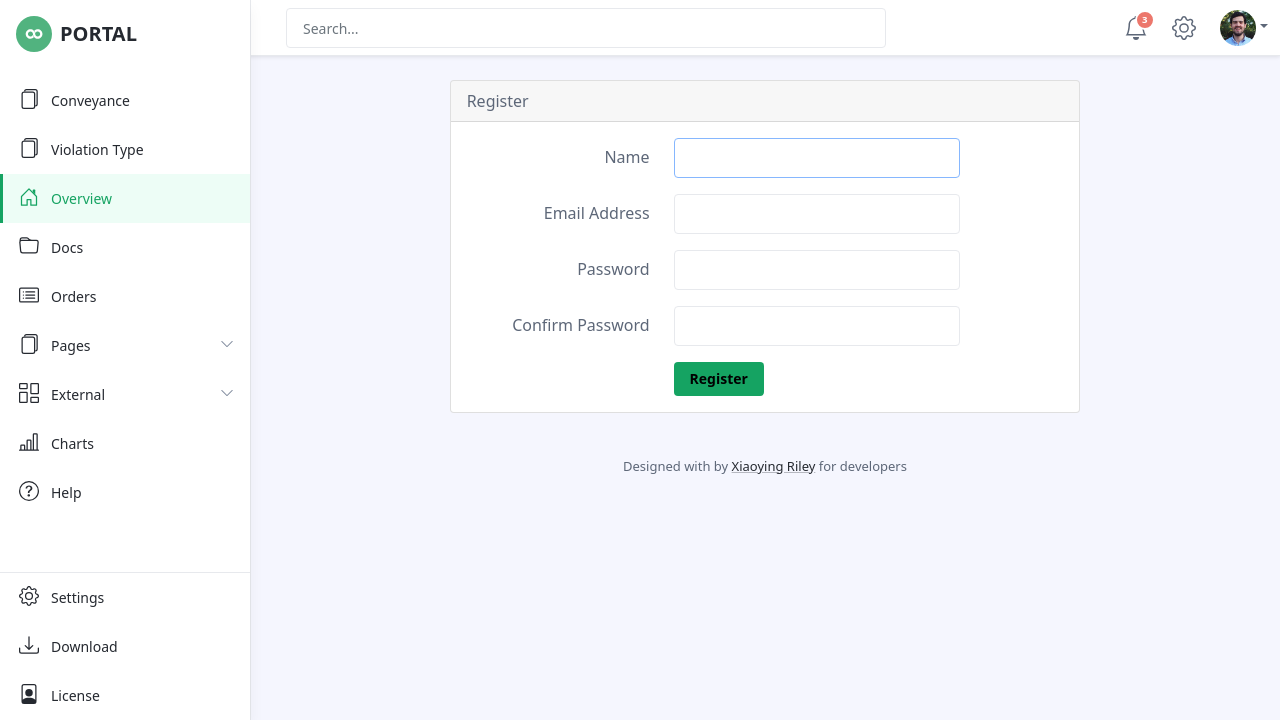
Repository: jaden14/quarry_vehicle
Page: http://localhost/register
These files come from the project's save history. The page is drawn as it stood at one moment and after the next save; the edit follows.
The browser window is 1280 px wide. The pictures show the whole page.
Some web libraries are served in a nearby version. The page is served by the project's Laravel application, run on PHP 8.4 with Laravel 8. Other server files are loaded and not shown.

Above is the page before, as saved 2022-03-18 22:11:20.
Console error: TypeError: Cannot read properties of null (reading 'getContext')

### routes/web.php
<?php

use Illuminate\Http\Request;
use Illuminate\Support\Facades\DB;
use Illuminate\Support\Facades\Route;

use App\Http\Controllers\ConveyanceController;
use App\Http\Controllers\ViolationTypeController;

/*
|--------------------------------------------------------------------------
| Web Routes
|--------------------------------------------------------------------------
|
| Here is where you can register web routes for your application. These
| routes are loaded by the RouteServiceProvider within a group which
| contains the "web" middleware group. Now create something great!
|
*/

Route::get('/', function () {
    return view('auth.login');
});

Auth::routes();

Route::get('/home', [App\Http\Controllers\HomeController::class, 'index'])->name('home');


Route::middleware(['auth'])->group(function () {

    /**
     * Conveyance Route
     */
    Route::resource('/conveyance', ConveyanceController::class)->except([
        'create', 'show'
    ]);
    /**
     * Violation Type Route
     */
    Route::resource('/violationtype', ViolationTypeController::class)->except([
        'create', 'show'
    ]);

});

### resources/views/layouts/app.blade.php
<!doctype html>
<html lang="en">
<head>
  <title>Portal</title>

    <!-- Meta -->
    <meta charset="utf-8">
    <meta http-equiv="X-UA-Compatible" content="IE=edge">
    <meta name="viewport" content="width=device-width, initial-scale=1.0">

    <meta name="description" content="Portal - Bootstrap 5 Admin Dashboard Template For Developers">
    <meta name="author" content="Xiaoying Riley at 3rd Wave Media">
    <link rel="shortcut icon" href="favicon.ico">

    <!-- App CSS -->
    {{-- <link rel="stylesheet" href="{{ asset('css/app.css') }}"> --}}
    <!-- CSS only -->
<link href="https://cdn.jsdelivr.net/npm/bootstrap@5.1.3/dist/css/bootstrap.min.css" rel="stylesheet" integrity="sha384-1BmE4kWBq78iYhFldvKuhfTAU6auU8tT94WrHftjDbrCEXSU1oBoqyl2QvZ6jIW3" crossorigin="anonymous">
    <link rel="stylesheet" href="{{ asset('assets/css/portal.css') }}">

</head>
<body class="app" cz-shortcut-listen="true">
    <div id="app">
        <header class="app-header fixed-top">
            @include('layouts.components.navbar')
            @include('layouts.components.sidebar')
        </header>

        <div class="app-wrapper">
            <div class="app-content pt-3 p-md-3 p-lg-4" >
                @yield('content')
                <!--//container-fluid-->
            </div>
            @include('layouts.components.footer')
        </div>
    </div>
    <script src="{{ asset('assets/plugins/popper.min.js') }}"></script>
    <script src="{{ asset('assets/plugins/bootstrap/js/bootstrap.min.js') }}"></script>

    <!-- Charts JS -->
    <script src="{{ asset('assets/plugins/chart.js/chart.min.js') }}"></script>
    <script src="{{ asset('assets/js/index-charts.js') }}"></script>

    <!-- Page Specific JS -->
    <script src="{{ asset('assets/js/app.js') }}"></script>

    <script src="https://code.jquery.com/jquery-3.2.1.slim.min.js" integrity="sha384-KJ3o2DKtIkvYIK3UENzmM7KCkRr/rE9/Qpg6aAZGJwFDMVNA/GpGFF93hXpG5KkN" crossorigin="anonymous"></script>
    {{-- <script src="https://cdnjs.cloudflare.com/ajax/libs/popper.js/1.12.9/umd/popper.min.js" integrity="sha384-ApNbgh9B+Y1QKtv3Rn7W3mgPxhU9K/ScQsAP7hUibX39j7fakFPskvXusvfa0b4Q" crossorigin="anonymous"></script> --}}
    <script src="https://maxcdn.bootstrapcdn.com/bootstrap/4.0.0/js/bootstrap.min.js" integrity="sha384-JZR6Spejh4U02d8jOt6vLEHfe/JQGiRRSQQxSfFWpi1MquVdAyjUar5+76PVCmYl" crossorigin="anonymous"></script>

</body>
</html>

### resources/views/layouts/components/navbar.blade.php
<div class="app-header-inner">
            <div class="container-fluid py-2">
                <div class="app-header-content">
                    <div class="row justify-content-between align-items-center">

                    <div class="col-auto">
                        <a id="sidepanel-toggler" class="sidepanel-toggler d-inline-block d-xl-none" href="#">
                            <svg xmlns="http://www.w3.org/2000/svg" width="30" height="30" viewBox="0 0 30 30" role="img"><title>Menu</title><path stroke="currentColor" stroke-linecap="round" stroke-miterlimit="10" stroke-width="2" d="M4 7h22M4 15h22M4 23h22"></path></svg>
                        </a>
                    </div><!--//col-->
                    <div class="search-mobile-trigger d-sm-none col">
                        <i class="search-mobile-trigger-icon fas fa-search"></i>
                    </div><!--//col-->
                    <div class="app-search-box col">
                        <form class="app-search-form">
                            <input type="text" placeholder="Search..." name="search" class="form-control search-input">
                            <button type="submit" class="btn search-btn btn-primary" value="Search"><i class="fas fa-search"></i></button>
                        </form>
                    </div><!--//app-search-box-->

                    <div class="app-utilities col-auto">
                        <div class="app-utility-item app-notifications-dropdown dropdown">
                            <a class="dropdown-toggle no-toggle-arrow" id="notifications-dropdown-toggle" data-bs-toggle="dropdown" href="#" role="button" aria-expanded="false" title="Notifications">
                                <!--//Bootstrap Icons: https://icons.getbootstrap.com/ -->
                                <svg width="1em" height="1em" viewBox="0 0 16 16" class="bi bi-bell icon" fill="currentColor" xmlns="http://www.w3.org/2000/svg">
  <path d="M8 16a2 2 0 0 0 2-2H6a2 2 0 0 0 2 2z"/>
  <path fill-rule="evenodd" d="M8 1.918l-.797.161A4.002 4.002 0 0 0 4 6c0 .628-.134 2.197-.459 3.742-.16.767-.376 1.566-.663 2.258h10.244c-.287-.692-.502-1.49-.663-2.258C12.134 8.197 12 6.628 12 6a4.002 4.002 0 0 0-3.203-3.92L8 1.917zM14.22 12c.223.447.481.801.78 1H1c.299-.199.557-.553.78-1C2.68 10.2 3 6.88 3 6c0-2.42 1.72-4.44 4.005-4.901a1 1 0 1 1 1.99 0A5.002 5.002 0 0 1 13 6c0 .88.32 4.2 1.22 6z"/>
</svg>
                                <span class="icon-badge">3</span>
                            </a><!--//dropdown-toggle-->

                            <div class="dropdown-menu p-0" aria-labelledby="notifications-dropdown-toggle">
                                <div class="dropdown-menu-header p-3">
                                    <h5 class="dropdown-menu-title mb-0">Notifications</h5>
                                </div><!--//dropdown-menu-title-->
                                <div class="dropdown-menu-content">
                                   <div class="item p-3">
                                        <div class="row gx-2 justify-content-between align-items-center">
                                            <div class="col-auto">
                                               <img class="profile-image" src="assets/images/profiles/profile-1.png" alt="">
                                            </div><!--//col-->
                                            <div class="col">
                                                <div class="info">
                                                    <div class="desc">Amy shared a file with you. Lorem ipsum dolor sit amet, consectetur adipiscing elit. </div>
                                                    <div class="meta"> 2 hrs ago</div>
                                                </div>
                                            </div><!--//col-->
                                        </div><!--//row-->
                                        <a class="link-mask" href="notifications.html"></a>
                                   </div><!--//item-->
                                   <div class="item p-3">
                                        <div class="row gx-2 justify-content-between align-items-center">
                                            <div class="col-auto">
                                                <div class="app-icon-holder">
                                                    <svg width="1em" height="1em" viewBox="0 0 16 16" class="bi bi-receipt" fill="currentColor" xmlns="http://www.w3.org/2000/svg">
      <path fill-rule="evenodd" d="M1.92.506a.5.5 0 0 1 .434.14L3 1.293l.646-.647a.5.5 0 0 1 .708 0L5 1.293l.646-.647a.5.5 0 0 1 .708 0L7 1.293l.646-.647a.5.5 0 0 1 .708 0L9 1.293l.646-.647a.5.5 0 0 1 .708 0l.646.647.646-.647a.5.5 0 0 1 .708 0l.646.647.646-.647a.5.5 0 0 1 .801.13l.5 1A.5.5 0 0 1 15 2v12a.5.5 0 0 1-.053.224l-.5 1a.5.5 0 0 1-.8.13L13 14.707l-.646.647a.5.5 0 0 1-.708 0L11 14.707l-.646.647a.5.5 0 0 1-.708 0L9 14.707l-.646.647a.5.5 0 0 1-.708 0L7 14.707l-.646.647a.5.5 0 0 1-.708 0L5 14.707l-.646.647a.5.5 0 0 1-.708 0L3 14.707l-.646.647a.5.5 0 0 1-.801-.13l-.5-1A.5.5 0 0 1 1 14V2a.5.5 0 0 1 .053-.224l.5-1a.5.5 0 0 1 .367-.27zm.217 1.338L2 2.118v11.764l.137.274.51-.51a.5.5 0 0 1 .707 0l.646.647.646-.646a.5.5 0 0 1 .708 0l.646.646.646-.646a.5.5 0 0 1 .708 0l.646.646.646-.646a.5.5 0 0 1 .708 0l.646.646.646-.646a.5.5 0 0 1 .708 0l.646.646.646-.646a.5.5 0 0 1 .708 0l.509.509.137-.274V2.118l-.137-.274-.51.51a.5.5 0 0 1-.707 0L12 1.707l-.646.647a.5.5 0 0 1-.708 0L10 1.707l-.646.647a.5.5 0 0 1-.708 0L8 1.707l-.646.647a.5.5 0 0 1-.708 0L6 1.707l-.646.647a.5.5 0 0 1-.708 0L4 1.707l-.646.647a.5.5 0 0 1-.708 0l-.509-.51z"/>
      <path fill-rule="evenodd" d="M3 4.5a.5.5 0 0 1 .5-.5h6a.5.5 0 1 1 0 1h-6a.5.5 0 0 1-.5-.5zm0 2a.5.5 0 0 1 .5-.5h6a.5.5 0 1 1 0 1h-6a.5.5 0 0 1-.5-.5zm0 2a.5.5 0 0 1 .5-.5h6a.5.5 0 1 1 0 1h-6a.5.5 0 0 1-.5-.5zm0 2a.5.5 0 0 1 .5-.5h6a.5.5 0 0 1 0 1h-6a.5.5 0 0 1-.5-.5zm8-6a.5.5 0 0 1 .5-.5h1a.5.5 0 0 1 0 1h-1a.5.5 0 0 1-.5-.5zm0 2a.5.5 0 0 1 .5-.5h1a.5.5 0 0 1 0 1h-1a.5.5 0 0 1-.5-.5zm0 2a.5.5 0 0 1 .5-.5h1a.5.5 0 0 1 0 1h-1a.5.5 0 0 1-.5-.5zm0 2a.5.5 0 0 1 .5-.5h1a.5.5 0 0 1 0 1h-1a.5.5 0 0 1-.5-.5z"/>
    </svg>
                                                </div>
                                            </div><!--//col-->
                                            <div class="col">
                                                <div class="info">
                                                    <div class="desc">You have a new invoice. Proin venenatis interdum est.</div>
                                                    <div class="meta"> 1 day ago</div>
                                                </div>
                                            </div><!--//col-->
                                        </div><!--//row-->
                                        <a class="link-mask" href="notifications.html"></a>
                                   </div><!--//item-->
                                   <div class="item p-3">
                                        <div class="row gx-2 justify-content-between align-items-center">
                                            <div class="col-auto">
                                                <div class="app-icon-holder icon-holder-mono">
                                                    <svg width="1em" height="1em" viewBox="0 0 16 16" class="bi bi-bar-chart-line" fill="currentColor" xmlns="http://www.w3.org/2000/svg">
  <path fill-rule="evenodd" d="M11 2a1 1 0 0 1 1-1h2a1 1 0 0 1 1 1v12h.5a.5.5 0 0 1 0 1H.5a.5.5 0 0 1 0-1H1v-3a1 1 0 0 1 1-1h2a1 1 0 0 1 1 1v3h1V7a1 1 0 0 1 1-1h2a1 1 0 0 1 1 1v7h1V2zm1 12h2V2h-2v12zm-3 0V7H7v7h2zm-5 0v-3H2v3h2z"/>
</svg>
                                                </div>
                                            </div><!--//col-->
                                            <div class="col">
                                                <div class="info">
                                                    <div class="desc">Your report is ready. Proin venenatis interdum est.</div>
                                                    <div class="meta"> 3 days ago</div>
                                                </div>
                                            </div><!--//col-->
                                        </div><!--//row-->
                                        <a class="link-mask" href="notifications.html"></a>
                                   </div><!--//item-->
                                   <div class="item p-3">
                                        <div class="row gx-2 justify-content-between align-items-center">
                                            <div class="col-auto">
                                               <img class="profile-image" src="assets/images/profiles/profile-2.png" alt="">
                                            </div><!--//col-->
                                            <div class="col">
                                                <div class="info">
                                                    <div class="desc">James sent you a new message.</div>
                                                    <div class="meta"> 7 days ago</div>
                                                </div>
                                            </div><!--//col-->
                                        </div><!--//row-->
                                        <a class="link-mask" href="notifications.html"></a>
                                   </div><!--//item-->
                                </div><!--//dropdown-menu-content-->

                                <div class="dropdown-menu-footer p-2 text-center">
                                    <a href="notifications.html">View all</a>
                                </div>

                            </div><!--//dropdown-menu-->
                        </div><!--//app-utility-item-->
                        <div class="app-utility-item">
                            <a href="settings.html" title="Settings">
                                <!--//Bootstrap Icons: https://icons.getbootstrap.com/ -->
                                <svg width="1em" height="1em" viewBox="0 0 16 16" class="bi bi-gear icon" fill="currentColor" xmlns="http://www.w3.org/2000/svg">
  <path fill-rule="evenodd" d="M8.837 1.626c-.246-.835-1.428-.835-1.674 0l-.094.319A1.873 1.873 0 0 1 4.377 3.06l-.292-.16c-.764-.415-1.6.42-1.184 1.185l.159.292a1.873 1.873 0 0 1-1.115 2.692l-.319.094c-.835.246-.835 1.428 0 1.674l.319.094a1.873 1.873 0 0 1 1.115 2.693l-.16.291c-.415.764.42 1.6 1.185 1.184l.292-.159a1.873 1.873 0 0 1 2.692 1.116l.094.318c.246.835 1.428.835 1.674 0l.094-.319a1.873 1.873 0 0 1 2.693-1.115l.291.16c.764.415 1.6-.42 1.184-1.185l-.159-.291a1.873 1.873 0 0 1 1.116-2.693l.318-.094c.835-.246.835-1.428 0-1.674l-.319-.094a1.873 1.873 0 0 1-1.115-2.692l.16-.292c.415-.764-.42-1.6-1.185-1.184l-.291.159A1.873 1.873 0 0 1 8.93 1.945l-.094-.319zm-2.633-.283c.527-1.79 3.065-1.79 3.592 0l.094.319a.873.873 0 0 0 1.255.52l.292-.16c1.64-.892 3.434.901 2.54 2.541l-.159.292a.873.873 0 0 0 .52 1.255l.319.094c1.79.527 1.79 3.065 0 3.592l-.319.094a.873.873 0 0 0-.52 1.255l.16.292c.893 1.64-.902 3.434-2.541 2.54l-.292-.159a.873.873 0 0 0-1.255.52l-.094.319c-.527 1.79-3.065 1.79-3.592 0l-.094-.319a.873.873 0 0 0-1.255-.52l-.292.16c-1.64.893-3.433-.902-2.54-2.541l.159-.292a.873.873 0 0 0-.52-1.255l-.319-.094c-1.79-.527-1.79-3.065 0-3.592l.319-.094a.873.873 0 0 0 .52-1.255l-.16-.292c-.892-1.64.902-3.433 2.541-2.54l.292.159a.873.873 0 0 0 1.255-.52l.094-.319z"/>
  <path fill-rule="evenodd" d="M8 5.754a2.246 2.246 0 1 0 0 4.492 2.246 2.246 0 0 0 0-4.492zM4.754 8a3.246 3.246 0 1 1 6.492 0 3.246 3.246 0 0 1-6.492 0z"/>
</svg>
                            </a>
                        </div><!--//app-utility-item-->

                        <div class="app-utility-item app-user-dropdown dropdown">
                            <a class="dropdown-toggle" id="user-dropdown-toggle" data-bs-toggle="dropdown" href="#" role="button" aria-expanded="false"><img src="assets/images/user.png" alt="user profile"></a>
                            <ul class="dropdown-menu" aria-labelledby="user-dropdown-toggle">
                                <li><a class="dropdown-item" href="account.html">Account</a></li>
                                <li><a class="dropdown-item" href="settings.html">Settings</a></li>
                                <li><hr class="dropdown-divider"></li>
                                <li><a class="dropdown-item" href="{{ route('logout') }}"
                                       onclick="event.preventDefault();
                                                     document.getElementById('logout-form').submit();">
                                        Logout
                                    </a>
                                    <form id="logout-form" action="{{ route('logout') }}" method="POST" style="display: none;">
                                        @csrf
                                    </form></li>

                            </ul>
                        </div><!--//app-user-dropdown-->
                    </div><!--//app-utilities-->
                </div><!--//row-->
                </div><!--//app-header-content-->
            </div><!--//container-fluid-->
        </div><!--//app-header-inner-->

### resources/views/layouts/components/footer.blade.php
 <footer class="app-footer">
             <div class="container text-center py-3">
                 <!--/* This template is free as long as you keep the footer attribution link. If you'd like to use the template without the attribution link, you can buy the commercial license via our website: themes.3rdwavemedia.com Thank you for your support. :) */-->
            <small class="copyright">Designed with <i class="fas fa-heart" style="color: #fb866a;"></i> by <a class="app-link" href="http://themes.3rdwavemedia.com" target="_blank">Xiaoying Riley</a> for developers</small>

            </div>
        </footer>

Loaded but not shown: app/Http/Controllers/Auth/ConfirmPasswordController.php (common file); app/Http/Controllers/Controller.php (common file); app/Http/Controllers/Auth/RegisterController.php (common file); resources/views/auth/register.blade.php (common file); public/assets/css/portal.css (library); public/assets/plugins/popper.min.js (library); public/assets/plugins/bootstrap/js/bootstrap.min.js (library); public/assets/plugins/chart.js/chart.min.js (library); public/assets/images/app-logo.svg (21 lines, source omitted); public/assets/js/index-charts.js (223 lines, source omitted); public/assets/js/app.js (94 lines, source omitted); resources/views/layouts/components/sidebar.blade.php (197 lines, source omitted)

After the next save:
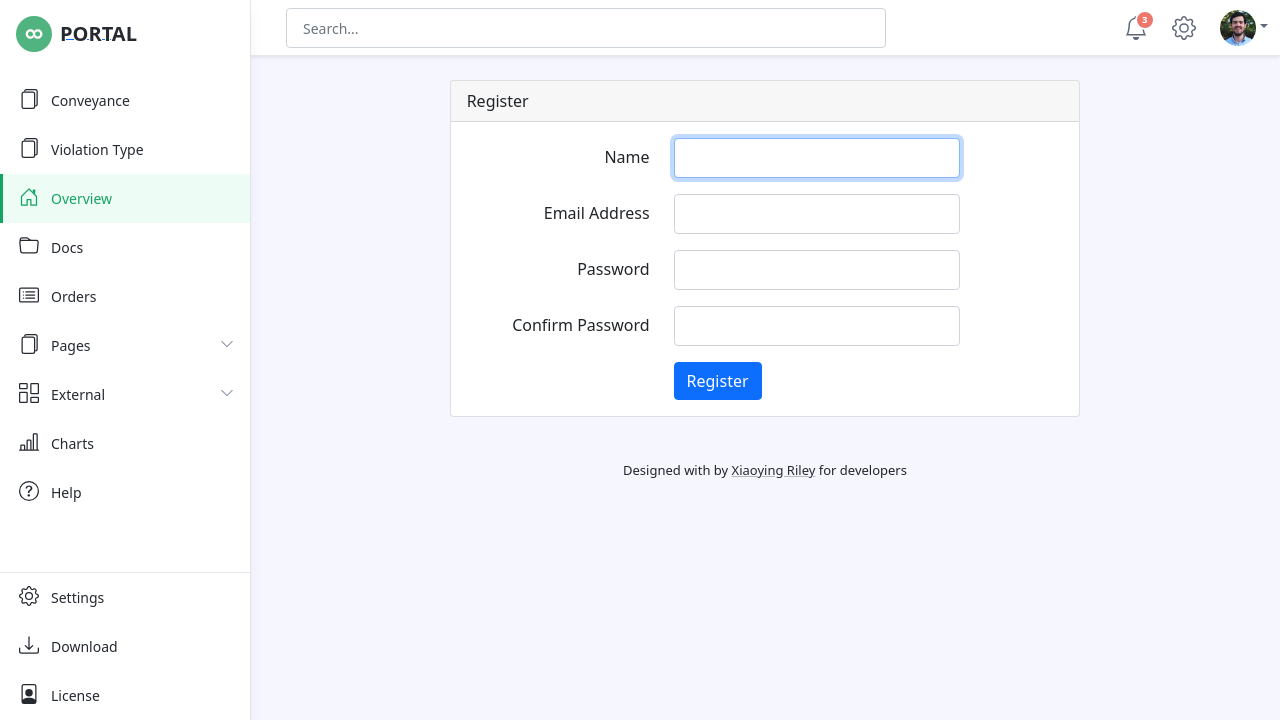
Saved 12 s later.
--- a/resources/views/layouts/app.blade.php
+++ b/resources/views/layouts/app.blade.php
@@ -14,9 +14,9 @@
 
     <!-- App CSS -->
     {{-- <link rel="stylesheet" href="{{ asset('css/app.css') }}"> --}}
+    <link rel="stylesheet" href="{{ asset('assets/css/portal.css') }}">
     <!-- CSS only -->
 <link href="https://cdn.jsdelivr.net/npm/bootstrap@5.1.3/dist/css/bootstrap.min.css" rel="stylesheet" integrity="sha384-1BmE4kWBq78iYhFldvKuhfTAU6auU8tT94WrHftjDbrCEXSU1oBoqyl2QvZ6jIW3" crossorigin="anonymous">
-    <link rel="stylesheet" href="{{ asset('assets/css/portal.css') }}">
 
 </head>
 <body class="app" cz-shortcut-listen="true">

After the 2 saves that followed:
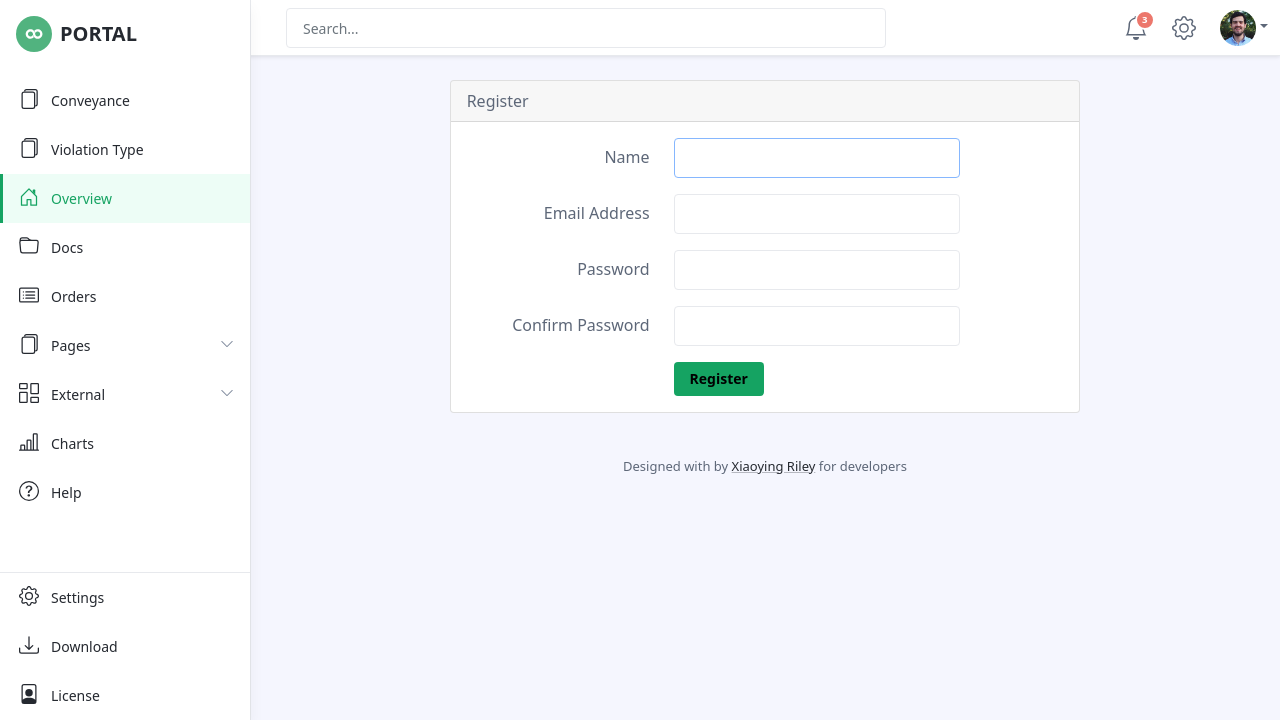
The 2 saves are shown as one change because 1 left the picture as it was.
The last was saved 39 s later.
--- a/resources/views/layouts/app.blade.php
+++ b/resources/views/layouts/app.blade.php
@@ -15,8 +15,7 @@
     <!-- App CSS -->
     {{-- <link rel="stylesheet" href="{{ asset('css/app.css') }}"> --}}
     <link rel="stylesheet" href="{{ asset('assets/css/portal.css') }}">
-    <!-- CSS only -->
-<link href="https://cdn.jsdelivr.net/npm/bootstrap@5.1.3/dist/css/bootstrap.min.css" rel="stylesheet" integrity="sha384-1BmE4kWBq78iYhFldvKuhfTAU6auU8tT94WrHftjDbrCEXSU1oBoqyl2QvZ6jIW3" crossorigin="anonymous">
+
 
 </head>
 <body class="app" cz-shortcut-listen="true">
